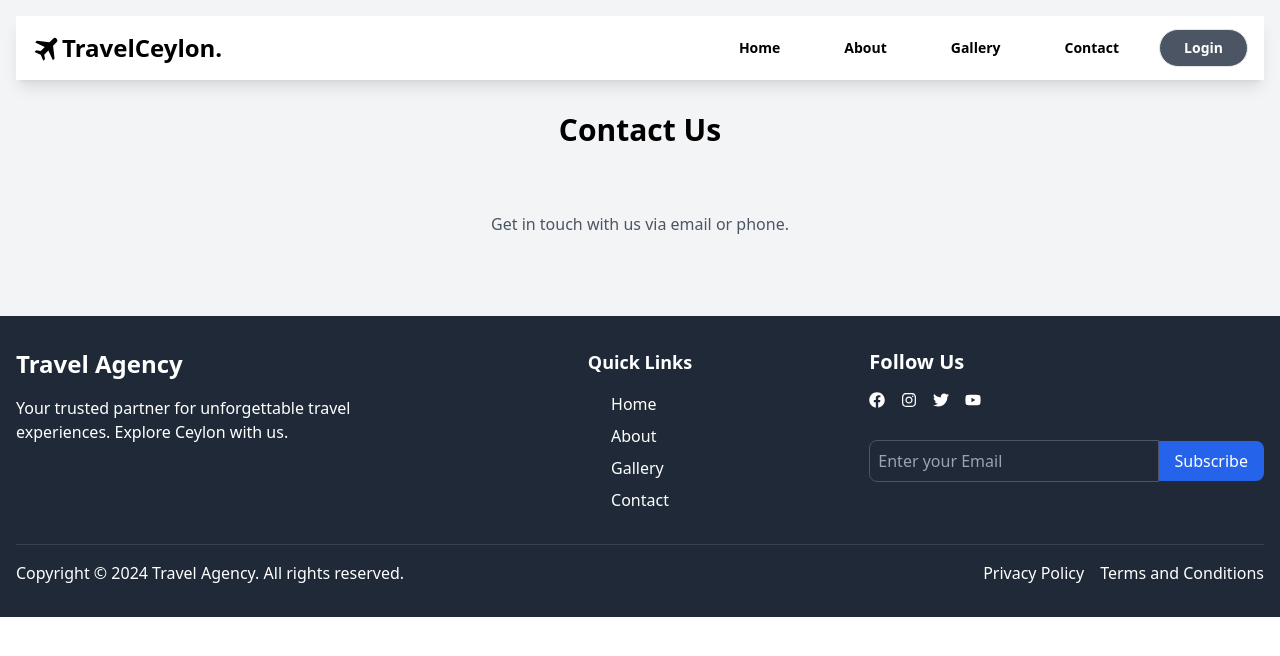
Repository: thisara199/Travel-Agency-Website
Page: /contact
An editor plug-in stored every save of this project. The page is shown before and after the next save, followed by the edit.
The browser window is 1280 px wide. The pictures show the whole page.
The project was rebuilt for these pictures with package versions that can differ from the ones it lists, and the page was loaded fresh each time. Also part of the build but not shown: vite.config.js, src/components/HeroSection/HeroSection.jsx, src/components/FeaturedDestination/FeaturedDestination.jsx, src/components/Testimonials/Testimonials.jsx, src/components/Banner/Banner.jsx, src/pages/Home.jsx, src/components/TeamMembers/TeamMembers.jsx, src/pages/About.jsx.

Above is the page before, as saved 2024-09-04 19:41:03.

### index.html
<!doctype html>
<html lang="en">
  <head>
    <meta charset="UTF-8" />
    <link rel="icon" type="image/svg+xml" href="/public/favicon-32x32.png" />
    <meta name="viewport" content="width=device-width, initial-scale=1.0" />
    <title>Travel Agency</title>
  </head>
  <body>
    <div id="root"></div>
    <script type="module" src="/src/main.jsx"></script>
  </body>
</html>

### src/App.jsx
import { BrowserRouter, Routes, Route } from 'react-router-dom'
import Home from './pages/Home'
import Navbar from './components/Navbar/Navbar'
import Footer from './components/Footer/Footer'
import About from './pages/About'
import Contact from './pages/Contact'

const App = () => {
  return (
    <BrowserRouter>
    <Navbar />
       <Routes>
        <Route path='/' element={<Home />} />
        <Route path='/about' element={<About />} />
        <Route path='/contact' element={<Contact />} />
       </Routes>
    <Footer />
    </BrowserRouter>
  )
}

export default App

### src/components/Navbar/Navbar.jsx
import { FaBars, FaTimes } from "react-icons/fa"
import { Link } from "react-router-dom"
import { useState } from "react"
import { BiSolidPlaneAlt } from "react-icons/bi";


const Navbar = () => {
  const [isOpen, setIsOpen] = useState(false)
  return (
    <nav className="fixed top-0 left-0 right-0 z-10 m-4 bg-white shadow-lg">
      <div className="container flex items-center justify-between h-16 px-4">
        <div className="flex items-center">
        <BiSolidPlaneAlt className="text-3xl"/>
        <h3 className="text-2xl font-bold">TravelCeylon.</h3>
        </div>
        <div className="items-center hidden space-x-4 text-sm font-bold md:flex ">
          <Link to="/" className="px-6 py-2 hover:bg-gray-600 hover:text-white">Home</Link>
          <Link to="/about" className="px-6 py-2 hover:bg-gray-600 hover:text-white">About</Link>
          <Link to="/gallery" className="px-6 py-2 hover:bg-gray-600 hover:text-white">Gallery</Link>
          <Link to="/contact" className="px-6 py-2 hover:bg-gray-600 hover:text-white">Contact</Link>
          <button className="px-6 py-2 text-white bg-gray-600 border rounded-full hover:scale-105 hover:bg-gray-500">Login</button>
        </div>
        <div className="md:hidden">
          <button onClick={() => setIsOpen(!isOpen)}>
            {isOpen ? <FaTimes /> : <FaBars />}
          </button>
        </div>
      </div>
      <div>
        {isOpen && (
           <div className="flex flex-col items-center pb-10 space-y-6 font-bold bg-white md:hidden">
           <Link to="/" className="px-6 py-2 hover:bg-gray-600 hover:text-white">Home</Link>
           <Link to="/about" className="px-6 py-2 hover:bg-gray-600 hover:text-white">About</Link>
           <Link to="/gallery" className="px-6 py-2 hover:bg-gray-600 hover:text-white">Gallery</Link>
           <Link to="/about" className="px-6 py-2 hover:bg-gray-600 hover:text-white">About</Link>
           <button className="px-6 py-2 text-white bg-gray-600 border rounded-full hover:scale-105 hover:bg-gray-500">Login</button>
         </div>
        )}
      </div>
    </nav>
  )
}

export default Navbar

### src/components/Footer/Footer.jsx
import { FaFacebook, FaInstagram, FaYoutube } from "react-icons/fa";
import { FaTwitter } from "react-icons/fa6";
import { Link } from "react-router-dom";

const Footer = () => {
  return (
    <div className="py-8 text-white bg-gray-800">
      <div className="container px-4 mx-auto">
        <div className="grid gap-8 sm:grid-cols-1 lg:grid-cols-3">
          <div>
            <h2 className="mb-4 text-2xl font-bold">Travel Agency</h2>
            <p className="mb-4">
              Your trusted partner for unforgettable travel experiences. Explore
              Ceylon with us.
            </p>
          </div>
          <div className="flex flex-col md:items-center">
            <h4 className="text-lg font-semibold">Quick Links</h4>
            <div className="flex flex-col mt-4 space-y-2">
              <Link to="/">Home</Link>
              <Link to="/about">About</Link>
              <Link to="/gallery">Gallery</Link>
              <Link to="/contact">Contact</Link> {/* Updated link */}
            </div>
          </div>
          <div>
            <h2 className="mb-4 text-xl font-bold">Follow Us</h2>
            <div className="flex mb-4 space-x-4">
              <FaFacebook className="text-white hover:text-gray-400" aria-label="Facebook" />
              <FaInstagram className="text-white hover:text-gray-400" aria-label="Instagram" />
              <FaTwitter className="text-white hover:text-gray-400" aria-label="Twitter" />
              <FaYoutube className="text-white hover:text-gray-400" aria-label="YouTube" />
            </div>
            <form action="" className="flex items-center mt-8">
              <input
                type="email"
                placeholder="Enter your Email"
                className="w-full p-2 bg-gray-800 border border-gray-600 rounded-l-lg"
              />
              <button
                type="submit"
                className="px-4 py-2 text-white bg-blue-600 rounded-r-lg hover:bg-blue-700"
              >
                Subscribe
              </button>
            </form>
          </div>
        </div>
        <div className="flex justify-between pt-4 mt-8 border-t border-gray-700">
          <p>Copyright &copy; 2024 Travel Agency. All rights reserved.</p>
          <div className="flex space-x-4">
            <Link to="/privacy" className="hover:text-gray-400">Privacy Policy</Link>
            <Link to="/terms" className="hover:text-gray-400">Terms and Conditions</Link>
          </div>
        </div>
      </div>
    </div>
  );
};

export default Footer;

### src/pages/Contact.jsx


const Contact = () => {
  return (
    <div className="py-12 bg-gray-100">
        <div className="container px-4 mx-auto">
            <h2 className="my-16 text-3xl font-bold text-center">Contact Us</h2>
            <p className="mb-8 text-center text-gray-600">Get in touch with us via email or phone.</p>
        </div>
    </div>
  )
}

export default Contact

### src/components/Services/Services.jsx
import { FaConciergeBell, FaHotel, FaPlane, FaUmbrellaBeach } from 'react-icons/fa';

const services = [
  {
    icon: <FaPlane className='text-4xl text-blue-500' />,
    title: 'Flight Booking',
    description: 'Effortlessly book your flights with our streamlined process and find the best deals.',
  },
  {
    icon: <FaHotel className='text-4xl text-blue-500' />,
    title: 'Hotel Booking',
    description: 'Secure your ideal hotel stay quickly with our simple booking system and exclusive offers.',
  },
  {
    icon: <FaUmbrellaBeach className='text-4xl text-blue-500' />,
    title: 'Beach Tours',
    description: 'Discover pristine beaches and breathtaking views with our curated beach tour packages.',
  },
  {
    icon: <FaConciergeBell className='text-4xl text-blue-500' />,
    title: 'Concierge Services',
    description: 'Enjoy personalized concierge services that cater to all your needs, ensuring a seamless experience.',
  },
];

const Services = () => {
  return (
    <div className='py-12 bg-gray-100'>
      <div className='container px-4 mx-auto'>
        <h2 className='mb-8 text-3xl font-bold text-center'>Our Services</h2>
        <div data-aos="flip-left" className='grid gap-6 sm:grid-cols-2 lg:grid-cols-3 xl:grid-cols-4 '>
          {services.map((service) => (
            <div  key={service.title} className='flex flex-col items-center p-8 transition duration-300 transform bg-white rounded-lg shadow-md cursor-pointer hover:scale-110'>
              <div className='flex justify-center py-6 mb-4'>
                {service.icon}
              </div>
              <h3 className='mb-2 text-xl font-bold text-center'>{service.title}</h3>
              <p className='py-5 text-center text-gray-600'>{service.description}</p>
            </div>
          ))}
        </div>
      </div>
    </div>
  );
};

export default Services;

Loaded but not shown: src/main.jsx (common file); src/index.css (common file); tailwind.config.js (common file)

After the next save:
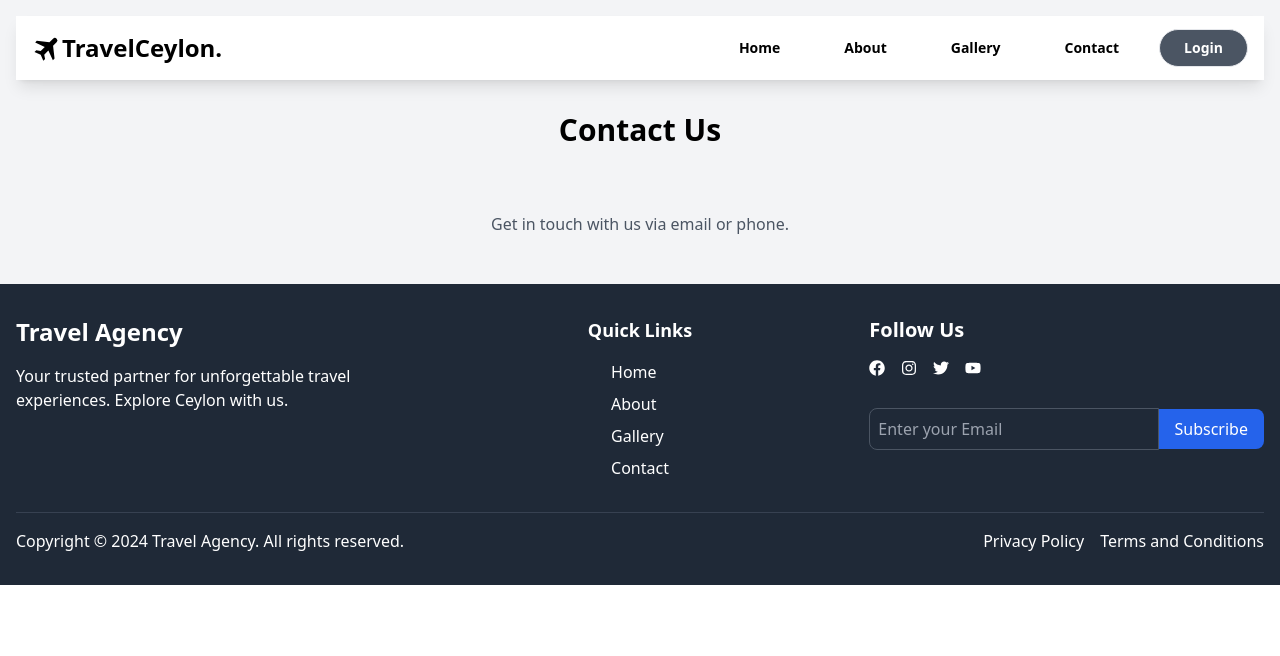
Saved 9 s later.
--- a/src/pages/Contact.jsx
+++ b/src/pages/Contact.jsx
@@ -5,7 +5,7 @@ const Contact = () => {
     <div className="py-12 bg-gray-100">
         <div className="container px-4 mx-auto">
             <h2 className="my-16 text-3xl font-bold text-center">Contact Us</h2>
-            <p className="mb-8 text-center text-gray-600">Get in touch with us via email or phone.</p>
+            <p className="text-center text-gray-600 ">Get in touch with us via email or phone.</p>
         </div>
     </div>
   )
